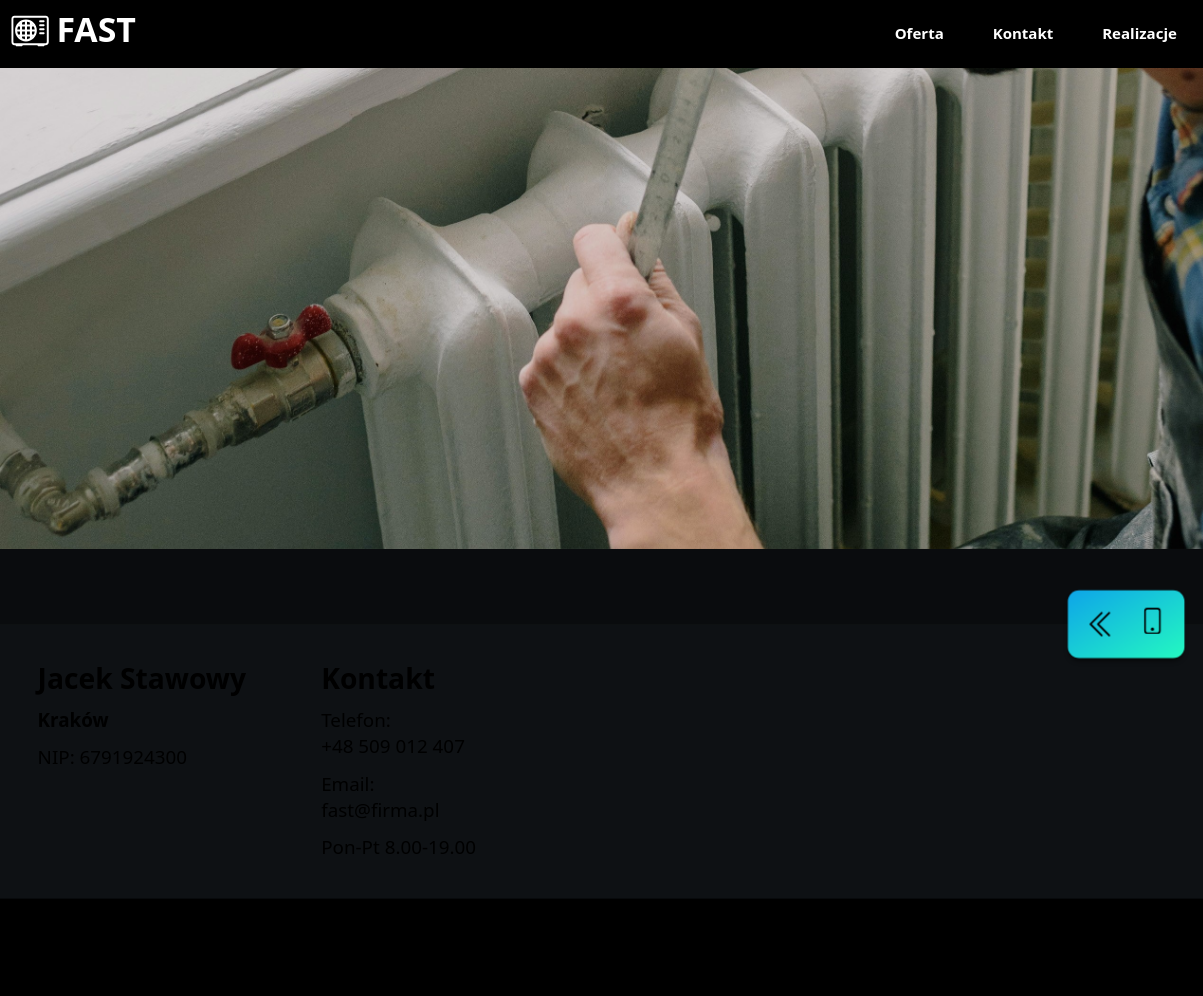
Repository: piotrokrutniak/Fast-CompanyWebsite
Page: /carousel
The author's editor kept a copy of each file at every save. The page is drawn from the files as they stood at one save, then again after the next save.
The browser window is 1280 px wide. The pictures show the whole page, at 94% of full size.
The project was rebuilt for these pictures with package versions that can differ from the ones it lists, and the page was loaded fresh each time. The framework's server and built-in components were replaced by stand-ins that run in the browser. Also part of the build but not shown: next.config.js.

Above is the page before, as saved 2023-10-21 09:55:22.

After the next save:
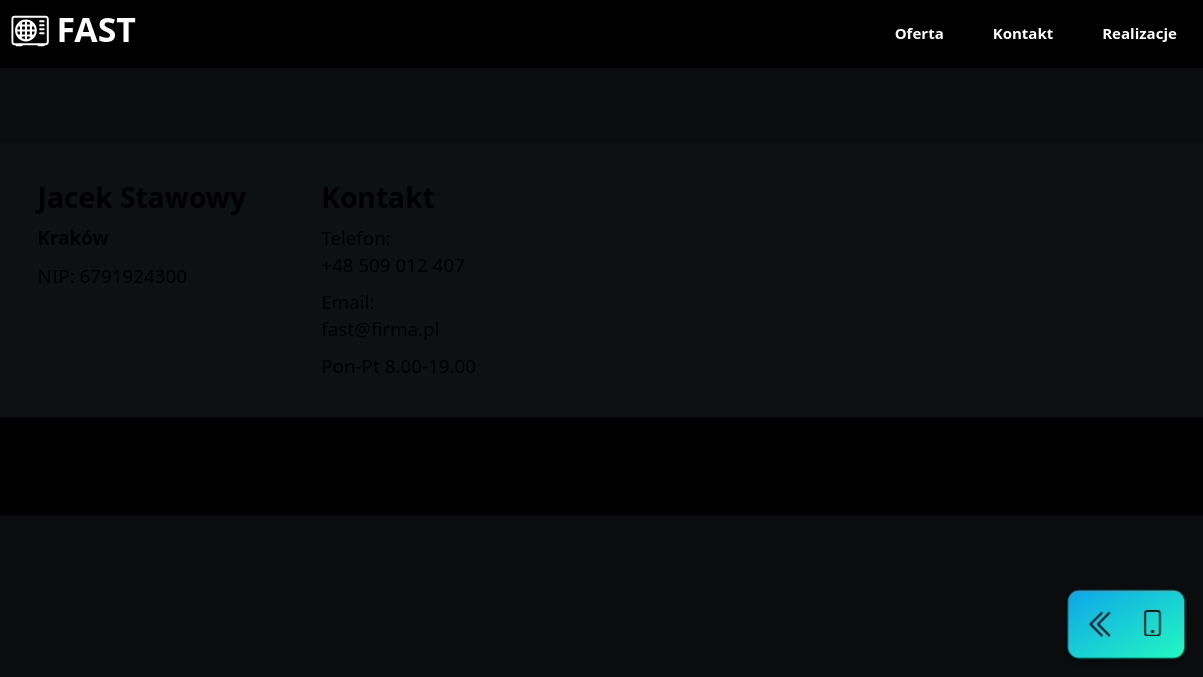
Saved 59 s later.
--- a/src/app/(pages)/carousel/page.js
+++ b/src/app/(pages)/carousel/page.js
@@ -9,7 +9,6 @@
 export default function CarouselPage(){
     return(
         <div className="max-w-7xl mx-auto relative flex overflow-x-auto">
-            <div className="h-128 overflow-x-auto flex">
                 <div className="w-full overflow-x-auto">
                     <Image src={p1} layout='fill' objectFit='cover' className="w-full"/>
                 </div>
@@ -19,7 +18,6 @@
                 <div className="w-full overflow-x-auto">
                     <Image src={p3} layout='fill' objectFit='cover' className="w-full"/>
                 </div>
-            </div>
         </div>
     )
 }

After the save that followed:
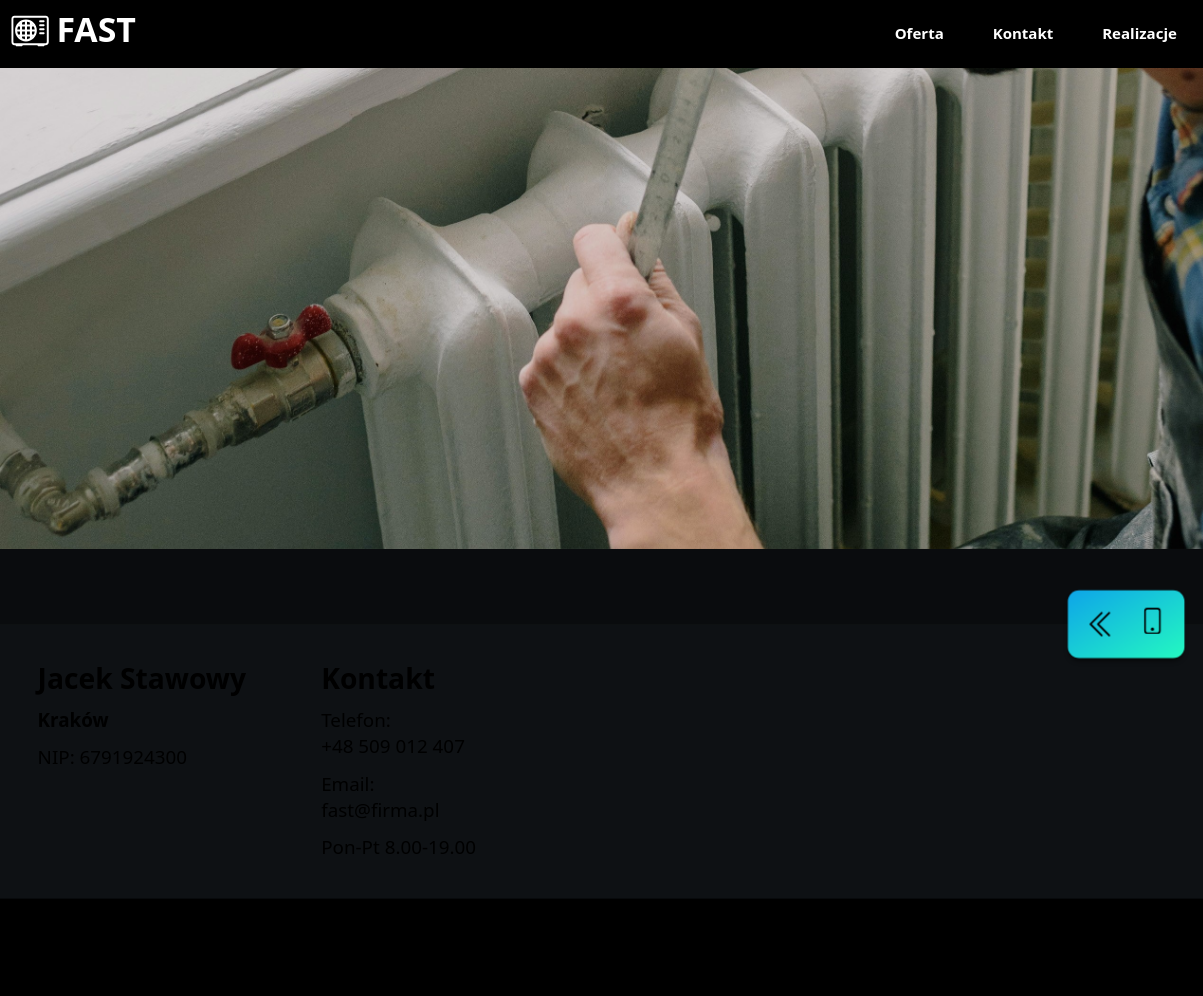
Saved 15 s later.
--- a/src/app/(pages)/carousel/page.js
+++ b/src/app/(pages)/carousel/page.js
@@ -8,7 +8,7 @@
 
 export default function CarouselPage(){
     return(
-        <div className="max-w-7xl mx-auto relative flex overflow-x-auto">
+        <div className="max-w-7xl mx-auto relative flex overflow-x-auto h-128">
                 <div className="w-full overflow-x-auto">
                     <Image src={p1} layout='fill' objectFit='cover' className="w-full"/>
                 </div>
